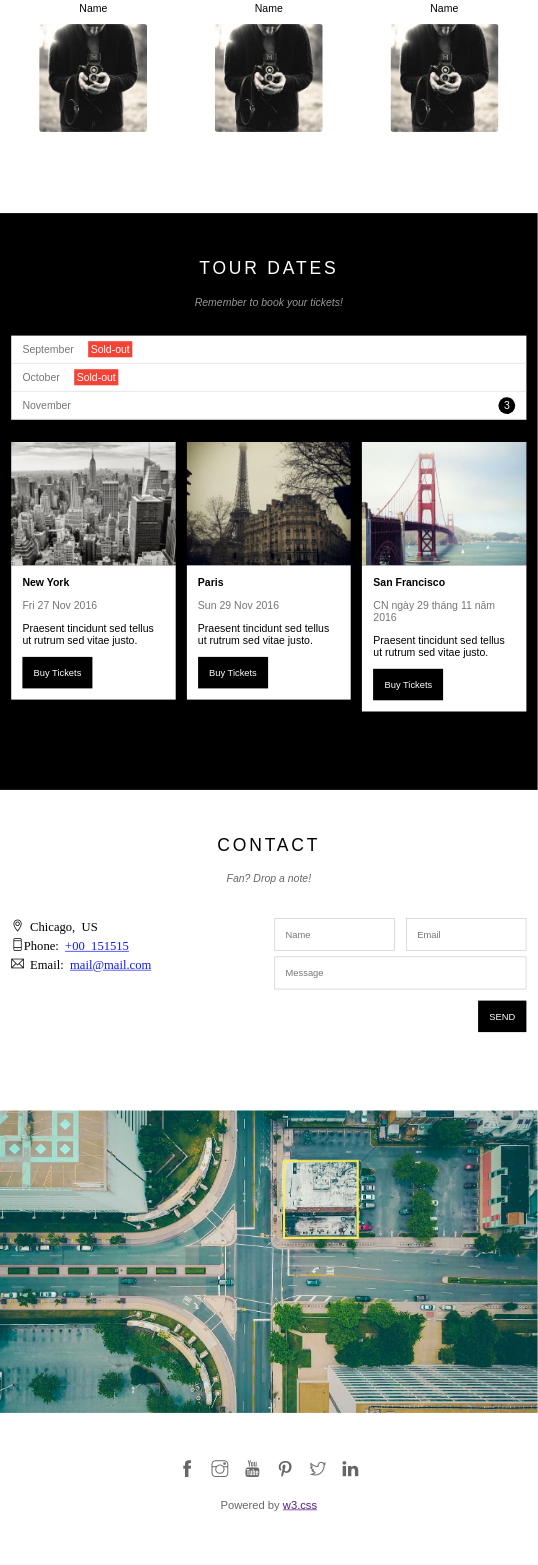
Repository: BillLee2000/w3-band
Page: index.html
An editor plug-in stored every save of this project. The page is shown before and after the next save, followed by the edit.
The browser window is 768 px wide. The pictures show the part of the page from y = 809 to 3049 px (the page is 3044 px tall before and 3049 px after), at 70% of full size.

Above is the page before, as saved 2021-12-22 16:57:25.

After the next save:
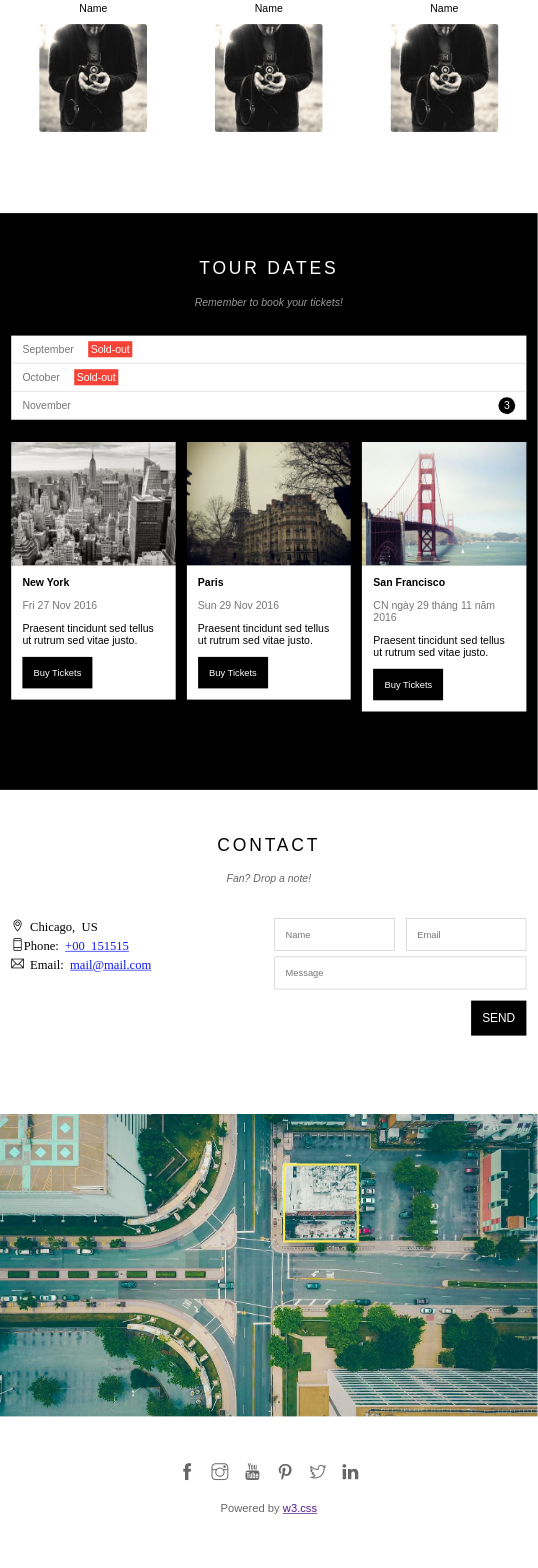
Saved 49 s later.
--- a/assets/css/responsive.css
+++ b/assets/css/responsive.css
@@ -11,6 +11,9 @@
     }
     .contact-form .form-control {
         padding: 15px;
+    }
+    .contact-submit-btn {
+        font-size: 17px;
     }
 
     .social-list {
